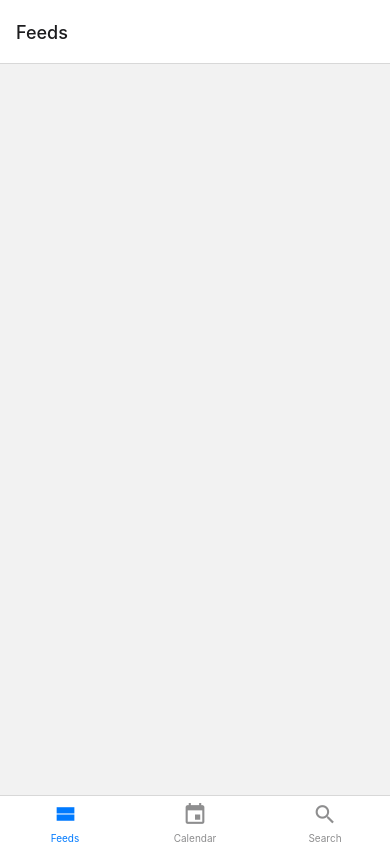
Repository: H-Rn-Study/haebzzang
Screen: / (app in DayLog/)
The author's editor kept a copy of each file at every save. The screen is drawn from the files as they stood at one save, then again after the next save.
The app was drawn by React Native's web renderer in a window 390 px wide. The project was rebuilt for these pictures with package versions that can differ from the ones it lists, and the page was loaded fresh each time. Also part of the build but not shown: DayLog/screens/CalendarScreen.js, DayLog/screens/SearchScreen.js, DayLog/screens/WriteScreen.js.

Above is the screen before, as saved 2022-11-16 14:43:21.

### DayLog/App.js
import React from "react";
import {NavigationContainer} from '@react-navigation/native';
import RootStack from "./screens/RootStack";

function App() {
  return <NavigationContainer>
    <RootStack />
  </NavigationContainer>;
}

export default App;

### DayLog/screens/RootStack.js
import React from "react";
import { createNativeStackNavigator } from "@react-navigation/native-stack";
import MainTab from "./MainTab";
import WriteScreen from "./WriteScreen";

const Stack = createNativeStackNavigator();

function RootStack() {
    return (
        <Stack.Navigator>
            <Stack.Screen
            name = "MainTab"
            component = {MainTab}
            options = {{headerShown: false}}
            />
            <Stack.Screen name = "Write" component = {WriteScreen} />
        </Stack.Navigator>
    );
}

export default RootStack;

### DayLog/screens/MainTab.js
import React from "react";
import { createBottomTabNavigator } from "@react-navigation/bottom-tabs";
import FeedsScreen from "./FeedsScreen";
import CalendarScreen from "./CalendarScreen";
import SearchScreen from "./SearchScreen";
import Icon from "react-native-vector-icons/MaterialIcons";

const Tab = createBottomTabNavigator();

function MainTab() {
    return (
        <Tab.Navigator
        tabBrOptions = {{
            showLabel: false,
            activeTintColor: '#009688',
        }}>
            <Tab.Screen name = "Feeds" component = {FeedsScreen}
            options = {{
                tabBarIcon: ({color, size}) => (
                    <Icon name = "view-stream" size = {size} color = {color} />
                ),
            }}
            />
            <Tab.Screen name = "Calendar" component = {CalendarScreen}
            options = {{
                tabBarIcon: ({color, size}) => (
                    <Icon name = "event" size = {size} color = {color} />
                    ),
                }}
            />
            <Tab.Screen name = "Search" component = {SearchScreen}
            options = {{
                tabBarIcon: ({color, size}) => (
                    <Icon name = "search" size = {size} color = {color} />
                ),
            }}
            />
        </Tab.Navigator>
    );
}

export default MainTab;

### DayLog/screens/FeedsScreen.js
import React from "react";
import {StyleSheet, View} from 'react-native';

function FeedsScreen() {
    return <View style = {styles.block} />;
}

const styles = StyleSheet.create({
    block: {},
});

export default FeedsScreen;

After the next save:
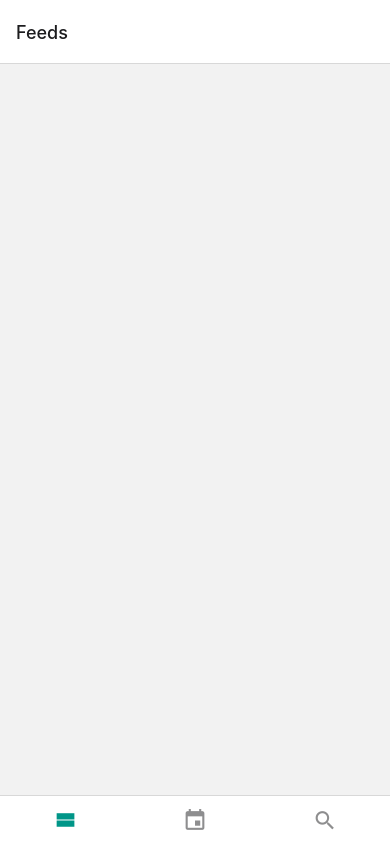
Saved 11 s later.
--- a/DayLog/screens/MainTab.js
+++ b/DayLog/screens/MainTab.js
@@ -10,7 +10,7 @@ const Tab = createBottomTabNavigator();
 function MainTab() {
     return (
         <Tab.Navigator
-        tabBrOptions = {{
+        tabBarOptions = {{
             showLabel: false,
             activeTintColor: '#009688',
         }}>
